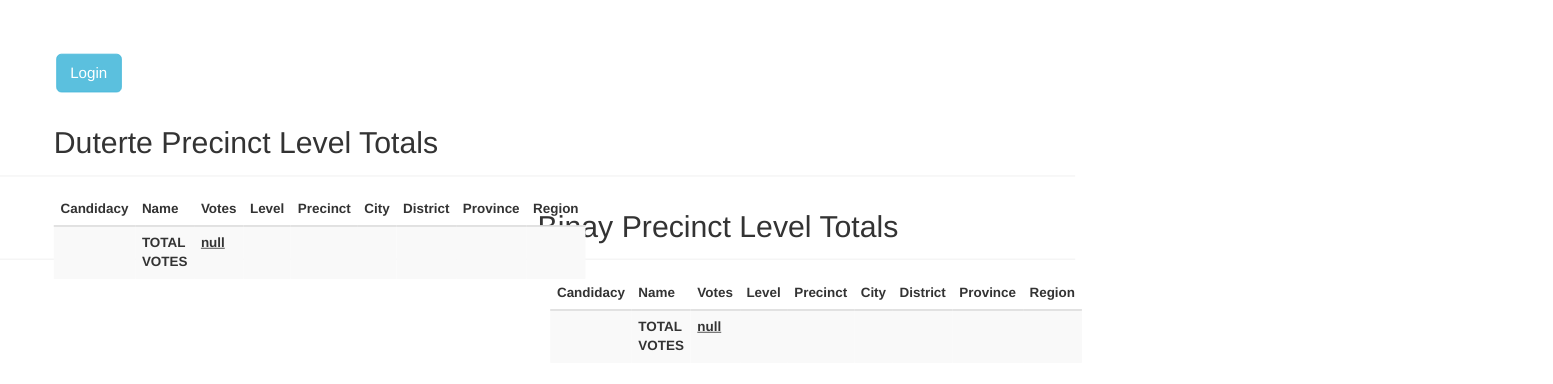
Repository: acbalutan/softdev-cencas-team_apink
Page: http://localhost/AES/index.jsp
These files come from the project's save history. The page is drawn as it stood at one moment and after the next save; the edit follows.
The browser window is 1280 px wide. The page is 1288 px wide, then 1849 px, so the pictures cover 1849 px, including what lies to the right of the window. The pictures show the whole page, at 84% of full size.
The page is served by Tomcat 9. Other server files are loaded and not shown. Queries for data that is not in the repository find no rows.

Above is the page before, as saved 2016-02-26 10:59:58.
Console error (its wording comes from the project's code and is left out).

### workspace/AES/WebContent/index.jsp
<html>
<head>
	<link rel="stylesheet" href="bootstrap/bootstrap.min.css">
	<script type="text/javascript" src="bootstrap/js/bootstrap.min.js"></script>
</head>
<body>

<form action="login.jsp" style="padding-left: 5.2%;padding-top: 5%;">
    <button type="submit" class="btn btn-lg btn-info">Login</button>
</form>


<%@ page import="java.sql.*" %>
<%@ page import="bean.Provider" %>
<%@ page import="bean.PileBean" %>
<%@ page import="bean.Counter" %>

<%

Class.forName("org.sqlite.JDBC");
Connection conn = DriverManager.getConnection("jdbc:sqlite:D:/Eclipse/db/aes.db");
Statement stat = conn.createStatement();

%>
<div class="page-header" style="padding-left: 5%;">
	<h1>Duterte Precinct Level Totals</h1>
</div>

<div class="col-md-6" style="padding-left: 5%;">
	<table class="table table-striped">
    	<thead>
              <tr>
                <th>Candidacy</th>
                <th>Name</th>
                <th>Votes</th>
                <th>Level</th>
                <th>Precinct</th>
                <th>City</th>
                <th>District</th>
                <th>Province</th>
                <th>Region</th>
              </tr>
		</thead>
		<tbody>
			<%
			ResultSet duterte = stat.executeQuery("SELECT * FROM tapat WHERE name='Rodrigo Duterte';");
			while (duterte.next()) {
			    %>
			    	<tr>
			    		<td><%= duterte.getString("candidacy") %></td>
			    		<td><%= duterte.getString("name") %></td>
			    		<td><%= duterte.getString("vote") %></td>
			    		<td><%= duterte.getString("level") %></td>
			    		<td><%= duterte.getString("precinct") %></td>
			    		<td><%= duterte.getString("city") %></td>
			    		<td><%= duterte.getString("district") %></td>
			    		<td><%= duterte.getString("province") %></td>
			    		<td><%= duterte.getString("region") %></td>
			    	</tr>
			    <%
			}
			duterte.close();

			ResultSet totalduterte = stat.executeQuery("SELECT SUM(vote) as 'TOTALVOTES' FROM tapat WHERE name='Rodrigo Duterte';");
			%>
				<tr>
					<td></td>
					<td><strong>TOTAL VOTES</strong></td>
					<td style="text-decoration: underline;"><strong> <%= totalduterte.getString("TOTALVOTES") %> </strong></td>
					<td></td>
					<td></td>
					<td></td>
					<td></td>
					<td></td>
					<td></td>
				</tr>
			<% totalduterte.close(); %>
    	</tbody>
	</table>
</div>

<div class="page-header" style="padding-left: 5%;">
	<h1>Binay Precinct Level Totals</h1>
</div>

<div class="col-md-6">
	<table class="table table-striped">
    	<thead>
              <tr>
                <th>Candidacy</th>
                <th>Name</th>
                <th>Votes</th>
                <th>Level</th>
                <th>Precinct</th>
                <th>City</th>
                <th>District</th>
                <th>Province</th>
                <th>Region</th>
              </tr>
		</thead>
		<tbody>
			<%
			ResultSet binay = stat.executeQuery("SELECT * FROM tapat WHERE name='Jejomar Binay';");
			while (binay.next()) {
			    %>
			    	<tr>
			    		<td><%= binay.getString("candidacy") %></td>
			    		<td><%= binay.getString("name") %></td>
			    		<td><%= binay.getString("vote") %></td>
			    		<td><%= binay.getString("level") %></td>
			    		<td><%= binay.getString("precinct") %></td>
			    		<td><%= binay.getString("city") %></td>
			    		<td><%= binay.getString("district") %></td>
			    		<td><%= binay.getString("province") %></td>
			    		<td><%= binay.getString("region") %></td>
			    	</tr>
			    <%
			}
			binay.close();

			ResultSet totalbinay = stat.executeQuery("SELECT SUM(vote) as 'TOTALVOTES' FROM tapat WHERE name='Rodrigo Duterte';");
			%>
				<tr>
					<td></td>
					<td><strong>TOTAL VOTES</strong></td>
					<td style="text-decoration: underline;"><strong> <%= totalbinay.getString("TOTALVOTES") %> </strong></td>
					<td></td>
					<td></td>
					<td></td>
					<td></td>
					<td></td>
					<td></td>
				</tr>
			<% totalbinay.close(); %>
    	</tbody>
	</table>
</div>

<%	stat.close();
	conn.close();	%>

</body>
</html>

Loaded but not shown: workspace/AES/WebContent/bootstrap/bootstrap.min.css (library); workspace/AES/WebContent/bootstrap/bootstrap.min.js (library)

After the next save:
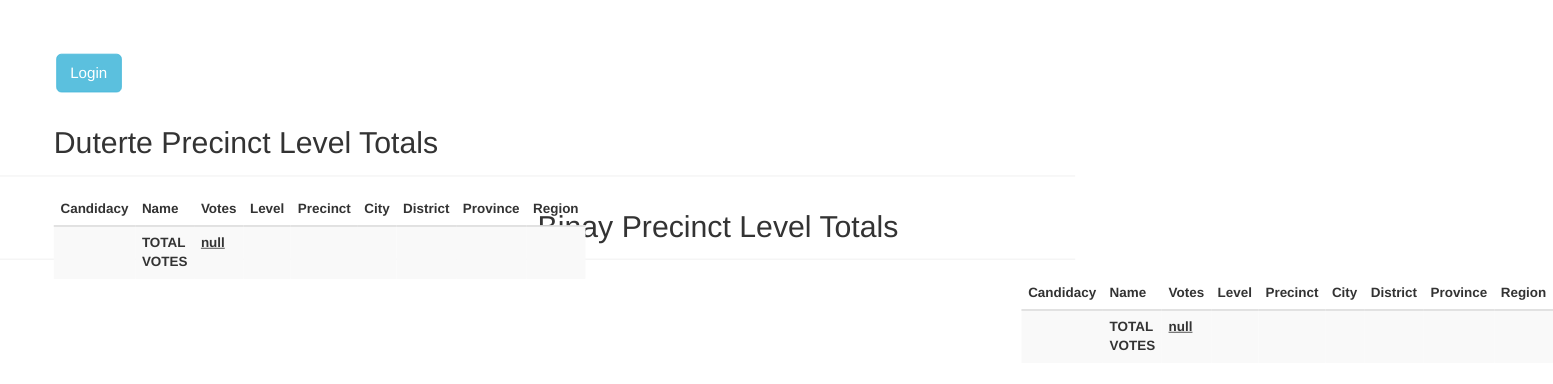
Saved 70 s later.
--- a/workspace/AES/WebContent/index.jsp
+++ b/workspace/AES/WebContent/index.jsp
@@ -79,11 +79,11 @@
 	</table>
 </div>
 
-<div class="page-header" style="padding-left: 5%;">
+<div class="page-header" style="padding-left: 45%;">
 	<h1>Binay Precinct Level Totals</h1>
 </div>
 
-<div class="col-md-6">
+<div class="col-md-6" style="padding-left: 45%;">
 	<table class="table table-striped">
     	<thead>
               <tr>
